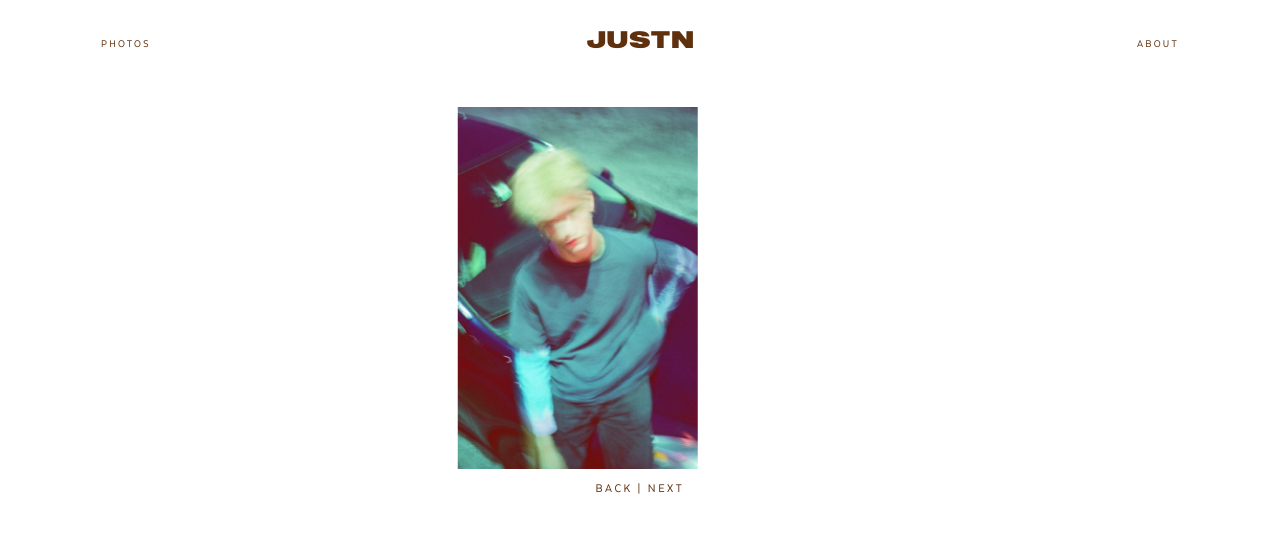
Repository: AviMKabir/justn_2020
Page: index.html
The author's editor kept a copy of each file at every save. The page is drawn from the files as they stood at one save, then again after the next save.
The browser window is 1280 px wide. The pictures show the whole page.

Above is the page before, as saved 2020-11-23 00:52:11.

After the next save:
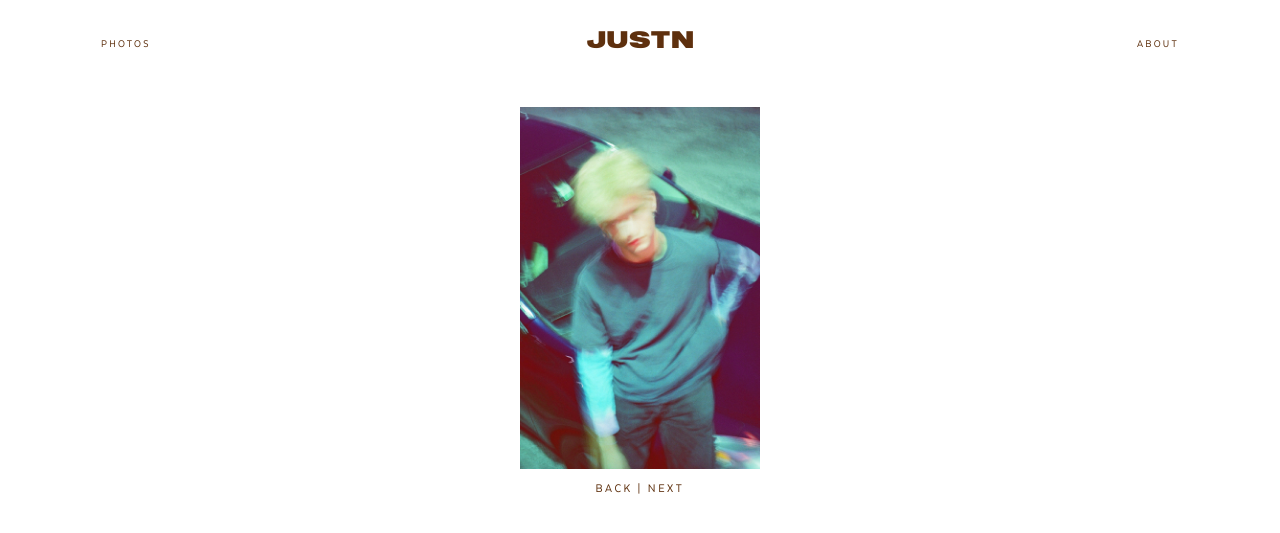
Saved 70 s later.
--- a/index.html
+++ b/index.html
@@ -95,7 +95,7 @@
     <!-- slideshow -->
 
     <div class="container">
-    <div id="carouselExampleControls" class="carousel slide slideshow-bump" data-ride="carousel">
+    <div id="carouselExampleControls" class="carousel slide slideshow-bump carousel-fade" data-ride="carousel">
         <div class="carousel-inner">
             <div class="carousel-item active">
                 <img class="d-block " src="./img/slide-test-1.png" alt="First slide">
